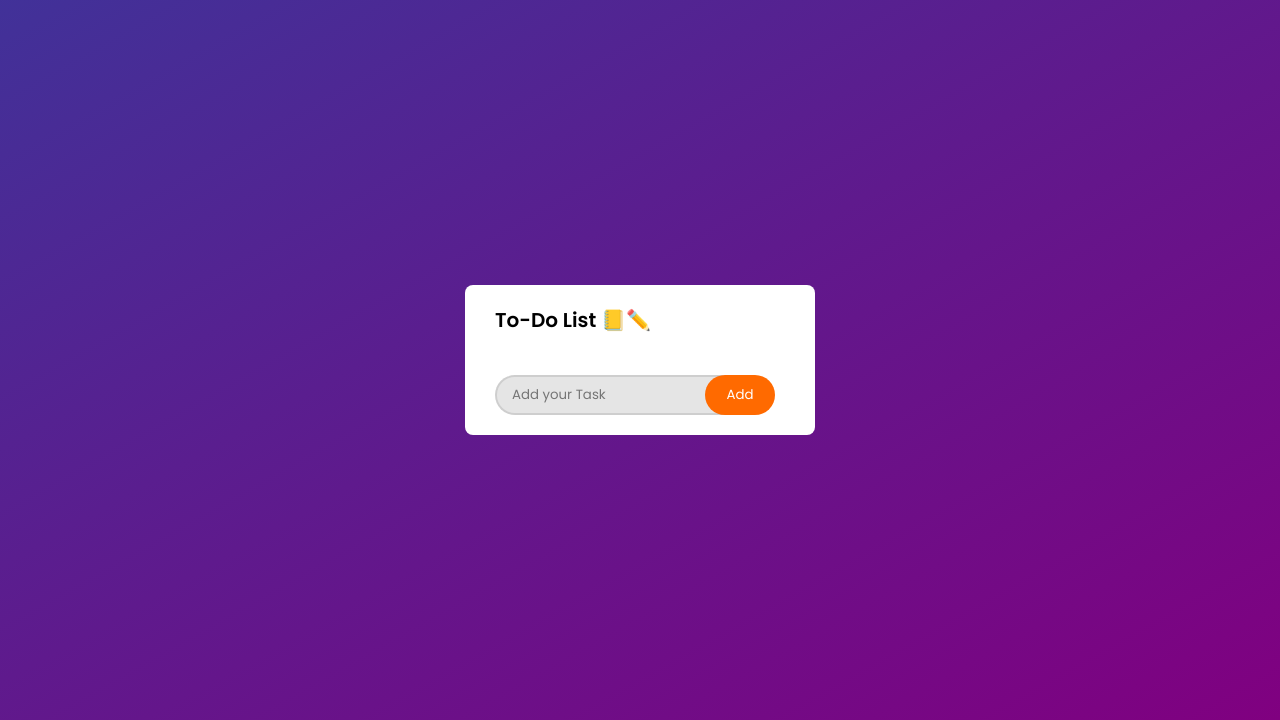
Repository: Ankitkr2021/To-Do-List
Page: index.html
An editor plug-in stored every save of this project. The page is shown before and after the next save, followed by the edit.
The browser window is 1280 px wide. The pictures show the whole page.

Above is the page before, as saved 2025-10-03 12:25:26.

### index.html
<!DOCTYPE html>
<html lang="en">
<head>
    <meta charset="UTF-8">
    <meta name="viewport" content="width=device-width, initial-scale=1.0">
    <title>To-Do-List</title>
    <link rel="stylesheet" href="./style.css">
</head>
<body>
    <div class="box">
        <h1>To-Do List 📒✏️</h1>
        <div class="task">
        <input id="input-box" type="text" placeholder="Add your Task">
        <button onclick="addTask()">Add</button>
        </div>
        <ul id="list-container">
            <!-- <li class="checked">addTask()</li>
            <li>Task 2</li>
            <li>Task 3</li> -->
        </ul>
    </div>
    <script src="script.js"></script>
</body>
</html>

### style.css
@import url("https://fonts.googleapis.com/css2?family=Poppins:wght@300;400;500;600;700&display=swap");

*{
    margin: 0;
    padding: 0;
    box-sizing: border-box;
    font-family: 'Poppins',sans-serif;
}

body{
    display: flex;
    justify-content: center;
    align-items: center;
    height: 100vh;
    background: linear-gradient(to bottom right, rgba(40, 22, 139, 0.884), purple);
}

.box {
    background: #fff;
    /* height: 150p/x; */
    /* margin-bottom: 20px; */
    max-height: 400px;
    width: 350px;
    border-radius: 8px;
}

.box h1 {
    padding: 20px 30px;
    font-size: 20px;
    font-weight: 600;
}

.task {
    /* background: #000; */
    padding: 20px 30px;
    position: relative;
}

.task input {
    width: 85%;
    height: 40px;
    border-radius: 20px;
    border: 2px solid rgba(0,0,0,0.1);
    background: rgba(0,0,0,0.1);
    padding-left: 15px;
}

.task button {
    content: "";
    position: absolute;
    left: 240px;
    height: 40px;
    width: 20%;
    border-radius: 20px;
    background: rgb(255, 106, 0);
    color: #fff;
    border: none;
}

ul li {
    list-style: none;
    font-size: 17px;
    padding: 20px 8px 20px 50px;
    user-select: none;
    cursor: pointer;
    position: relative;
}

ul li:before{
    content: '';
    position: absolute;
    height: 20px;
    width: 20px;
    border-radius: 50%;
    background-image: url(./images/unchecked.png);
    background-size: cover;
    background-position: center;
    top: 22px;
    left: 24px;
}

ul li.checked {
    color: #555;
    text-decoration: line-through;
}

ul li.checked::before {
    background-image: url(./images/checked.png);
}

ul li span {
    position: absolute;
    right: 25px;
    top: 10px;
    width: 40px;
    height: 40px;
    font-size: 22px;
    color: #555;
    line-height: 40px;
    text-align: center;
    border-radius: 50%;
}

ul li span:hover {
    background: #edeef0;
}

### script.js
const inputBox = document.getElementById("input-box");
const listContainer = document.getElementById("list-container");

function addTask() {
    if(inputBox.value === '') {
        alert("You must write something!");
    }
    else {
        let li = document.createElement("li");
        li.innerHTML = inputBox.value;
        listContainer.appendChild(li);
        let span = document.createElement("span");
        span.innerHTML = "\u00d7";
        li.appendChild(span);
    }
      inputBox.value = "";
      saveData();
}

listContainer.addEventListener("click", function(e) {
    if(e.target.tagName === "LI") {
        e.target.classList.toggle("checked");
        saveData();
    }
    else if(e.target.tagName === "SPAN"){
        e.target.parentElement.remove();
        saveData();
    }
}, false);

function saveData(){
    localStorage.setItem("data", listContainer.innerHTML);
}

function showTask() {
    listContainer.innerHTML = localStorage.getItem("data");
}
showTask();

After the next save:
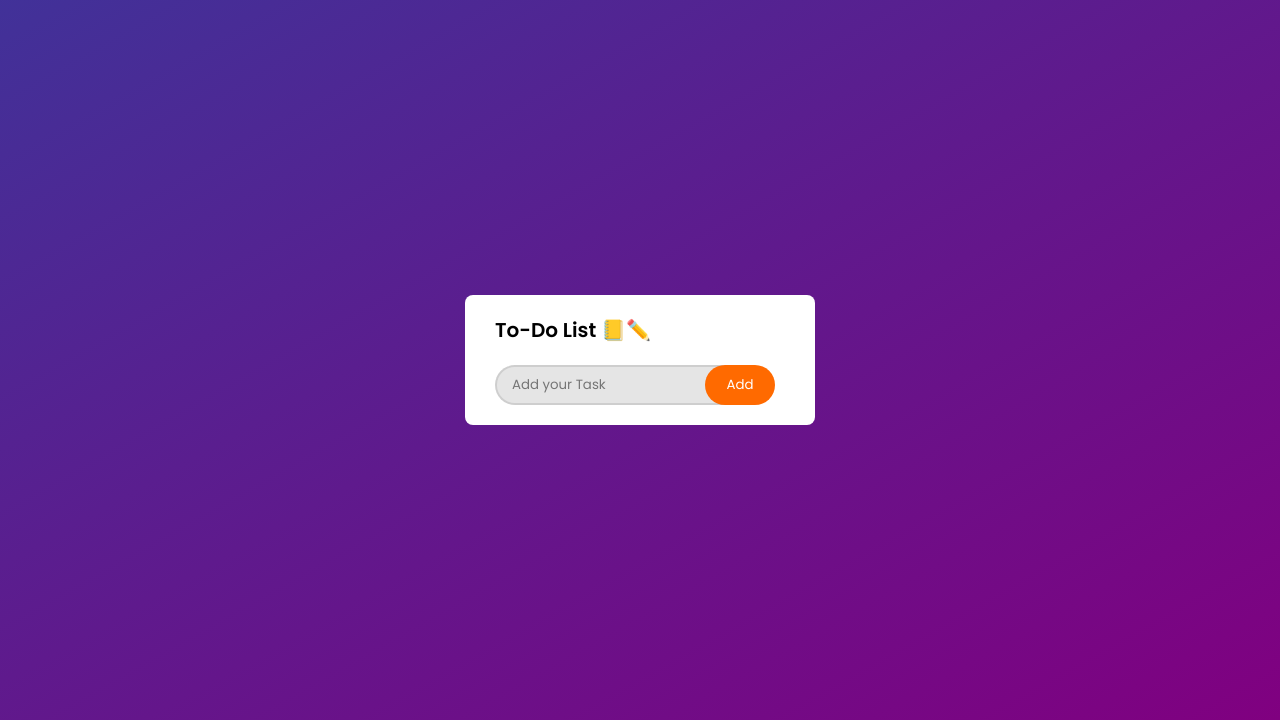
Saved 13 s later.
--- a/style.css
+++ b/style.css
@@ -32,7 +32,7 @@ body{
 
 .task {
     /* background: #000; */
-    padding: 20px 30px;
+    padding: 0 30px 20px;
     position: relative;
 }
 
